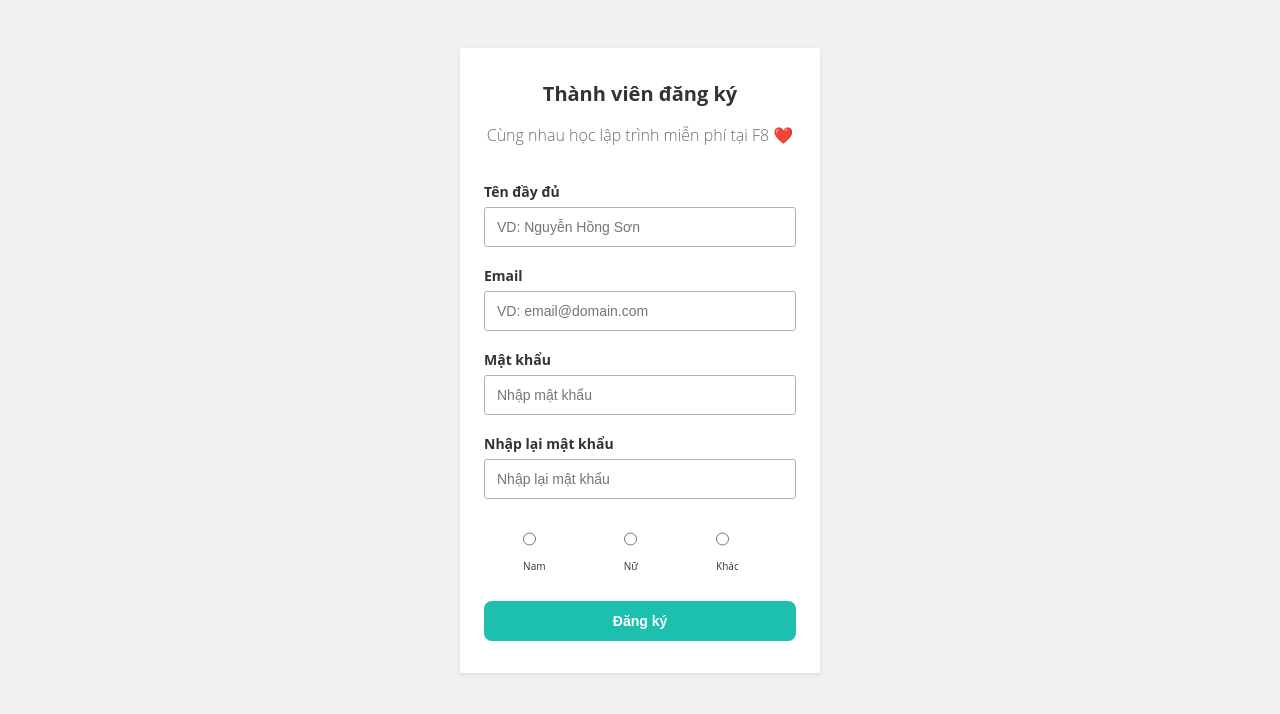
Repository: ahihison/Validation
Page: index.html
These files come from the project's save history. The page is drawn as it stood at one moment and after a run of saves; the edit follows.
The browser window is 1280 px wide. The pictures show the whole page.

Above is the page before, as saved 2022-08-31 09:37:37.

After the next 7 saves:
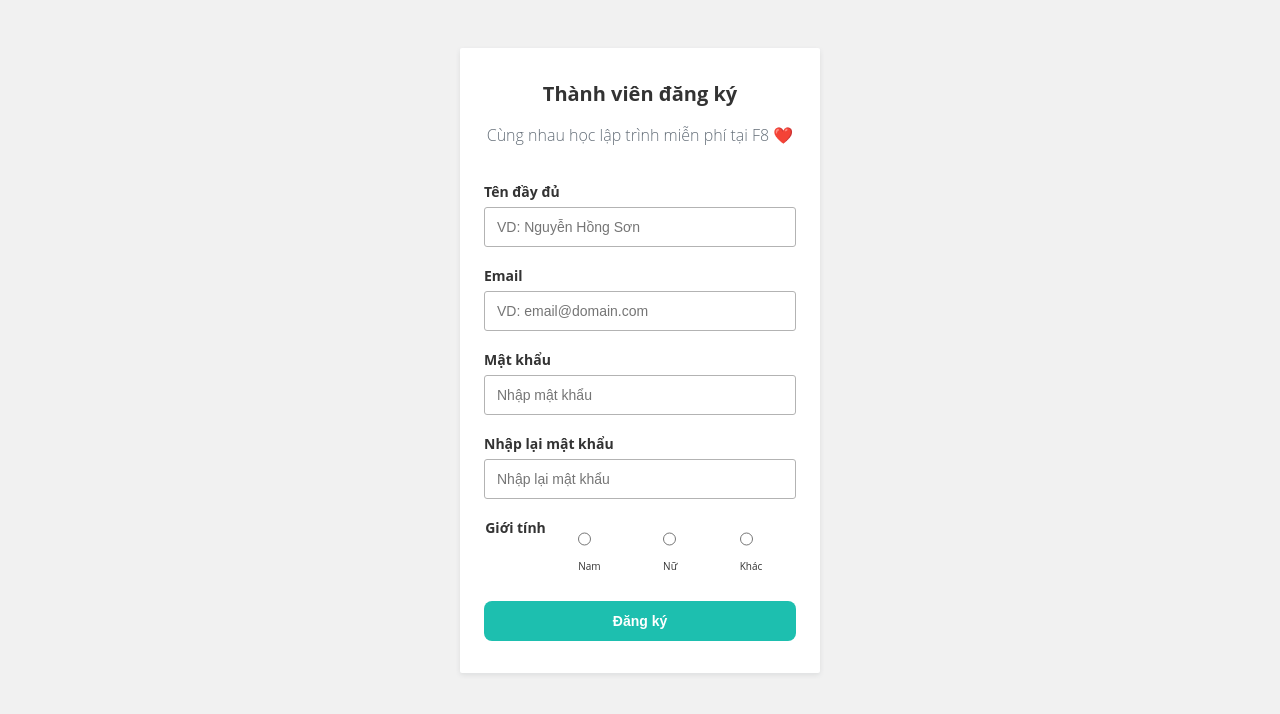
The 7 saves are shown as one change because they came seconds apart.
The last was saved 16 s later.
--- a/index.html
+++ b/index.html
@@ -36,7 +36,7 @@
             </div>
             <div class="form-group genderformat">
 
-
+                <label for="password_confirmation" class="form-label" >Giới tính</label>
                 <div>
                     <input type="radio" name="gender" value="male" id="gender" class="form-control">
                     <span id="gender">Nam</span>
